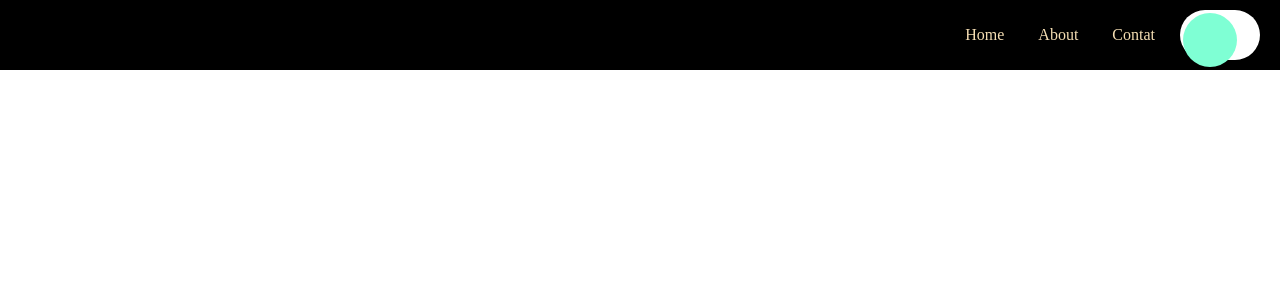
Repository: imokha01/toggleNavBar
Page: index.html
An editor plug-in stored every save of this project. The page is shown before and after the next save, followed by the edit.
The browser window is 1280 px wide. The pictures show the whole page.

Above is the page before, as saved 2023-12-26 22:36:47.

### index.html
<!DOCTYPE html>
<html lang="en">
<head>
    <meta charset="UTF-8">
    <meta name="viewport" content="width=device-width, initial-scale=1.0">
    <title>Toggle Nav Bar</title>
    <link rel="stylesheet" href="style.css">
</head>
<body>
    <header class="header">
        <div class="header__content">
            <nav class="header__content__navbar">
                <li class="header__content__navbar__list">
                    <a href="#" class="header__content__navbar__link">Home</a>
                </li>
                <li class="header__content__navbar__list">
                    <a href="#" class="header__content__navbar__link">About</a>
                </li>
                <li class="header__content__navbar__list">
                    <a href="#" class="header__content__navbar__link">Contat</a>
                </li>
            </nav>
            <input type="checkbox" class="checkbox toggle-triger">
        </div>

    </header>
</body>
</html>

### style.css
*{
    margin: 0;
    padding: 0;
    box-sizing: border-box;
}

.header {
    background: #000;
    /* height: 70px; */

}


.header__content__navbar__list {
    display: inline-block;
    list-style-type: none;
}

.header__content__navbar__link{
    color: wheat;
    text-decoration: none;
    padding: 15px;
}

.header__content {
    display: flex;
    justify-content: end;
    align-items: center;
    padding: 10px 20px;

    gap: 10px;
}

.checkbox {
    width: 80px;
    height:50px;
    border-radius: 60px;
    background-color: #fff;
    appearance: none;
    position: relative;
    outline: none;
    cursor: pointer;
    transition: .5s;
}

.checkbox::before {
    height: 60px;
    width: 60px;
    position: absolute;
    top: 0;
    left: 0;
    content: "";
    background-color: aquamarine;
    border-radius: 60px;
    transform: scale(0.9);
    transition: .5s;
}

.checkbox:checked{
    background-color: blue;
}

After the next save:
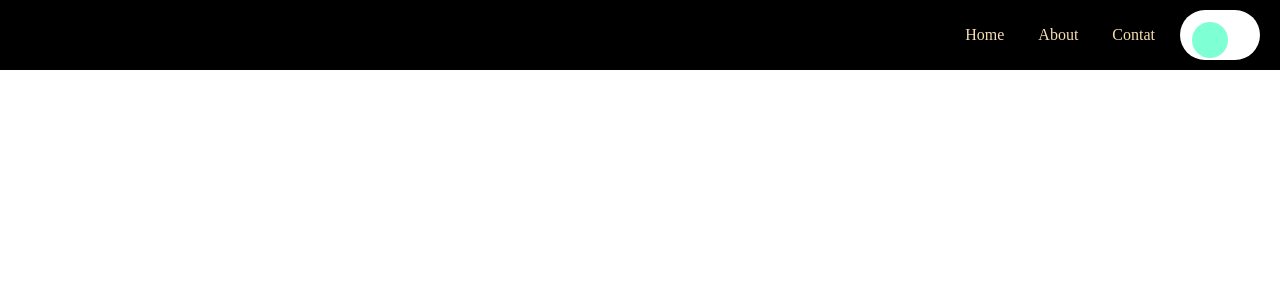
Saved 4 s later.
--- a/style.css
+++ b/style.css
@@ -52,7 +52,7 @@
     content: "";
     background-color: aquamarine;
     border-radius: 60px;
-    transform: scale(0.9);
+    transform: scale(0.6);
     transition: .5s;
 }
 
